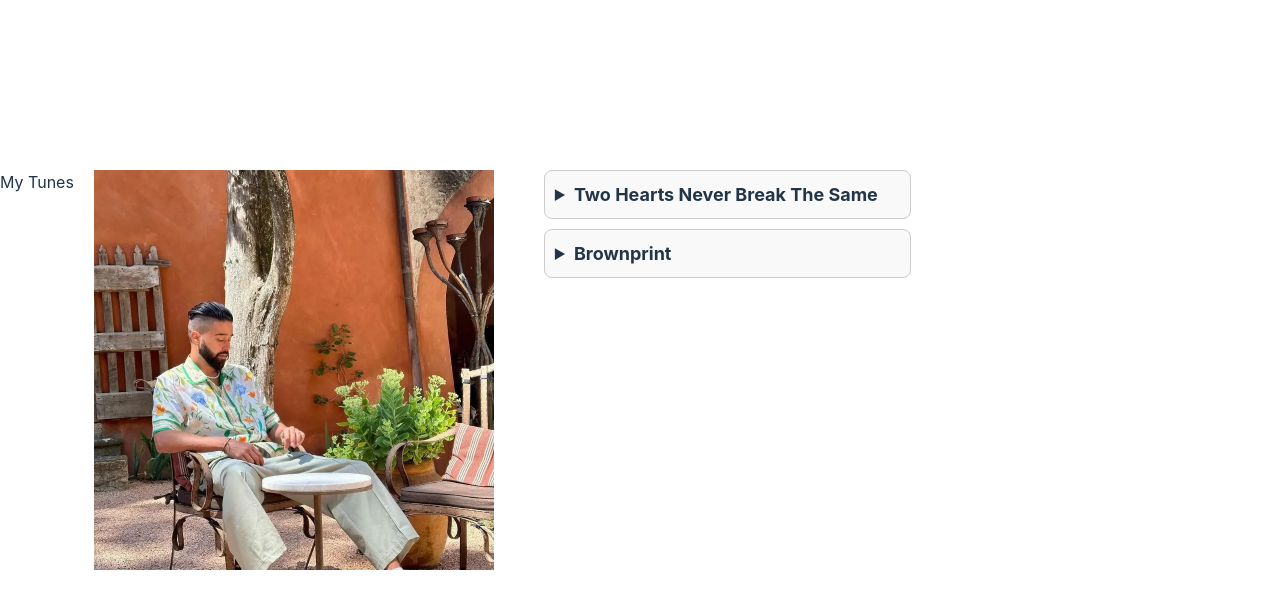
Repository: GavinPahal/my_app
Page: / (app in react/)
An editor plug-in stored every save of this project. The page is shown before and after the next save, followed by the edit.
The browser window is 1280 px wide. The pictures show the whole page.
The project was rebuilt for these pictures with package versions that can differ from the ones it lists, and the page was loaded fresh each time. Also part of the build but not shown: react/vite.config.js.

Above is the page before, as saved 2024-09-14 13:32:55.

After the next save:
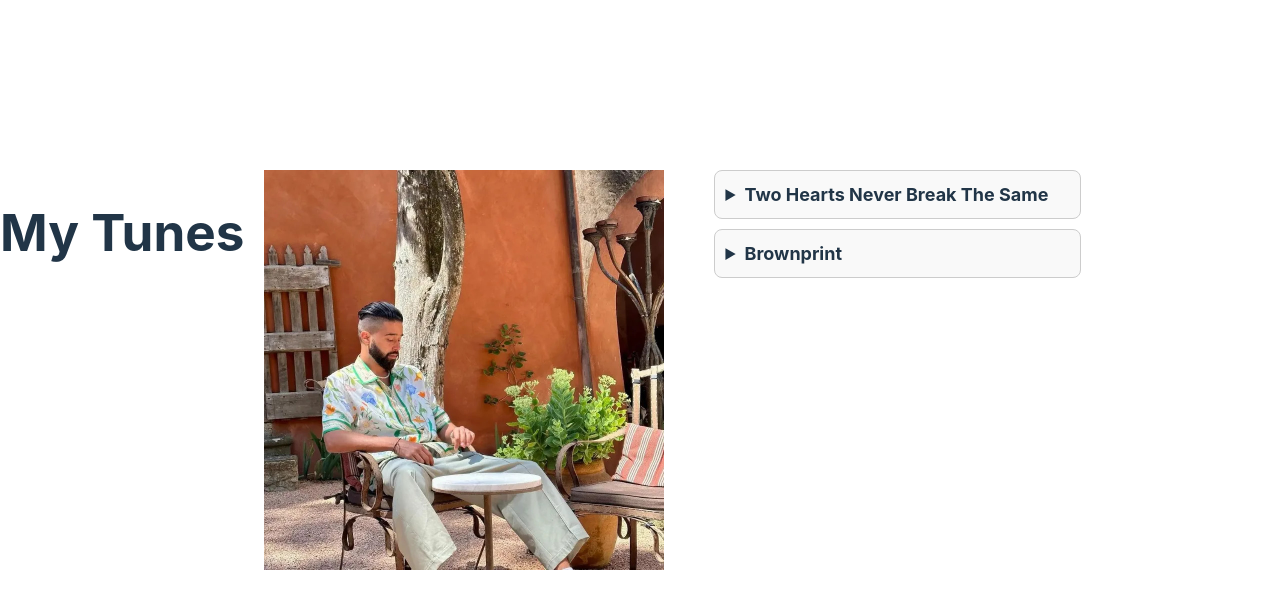
Saved 6 s later.
--- a/react/src/App.jsx
+++ b/react/src/App.jsx
@@ -5,7 +5,7 @@
 function App() {
   return (
     <div className="container">
-      <div className='heading'>My Tunes</div>
+      <h1 className='heading'>My Tunes</h1>
       <img src={ap} alt="Vite logo" width={400} height={400}/>
       <div className="album">
         <details name="reqs">
